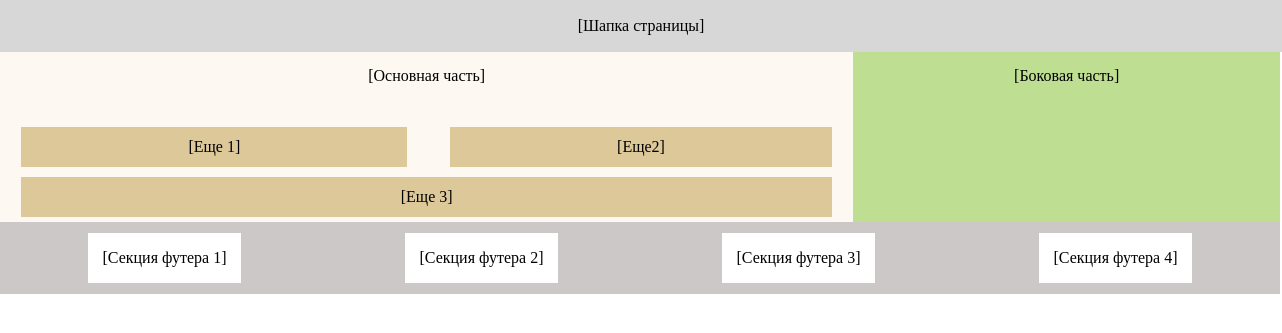
Repository: VictoriSyh/week7
Page: index.html
These files come from the project's save history. The page is drawn as it stood at one moment and after a run of saves; the edit follows.
The browser window is 1280 px wide. The page is 1282 px wide, so the pictures cover 1282 px, including what lies to the right of the window. The pictures show the whole page.

Above is the page before, as saved 2025-01-02 17:38:53.

After the next 7 saves:
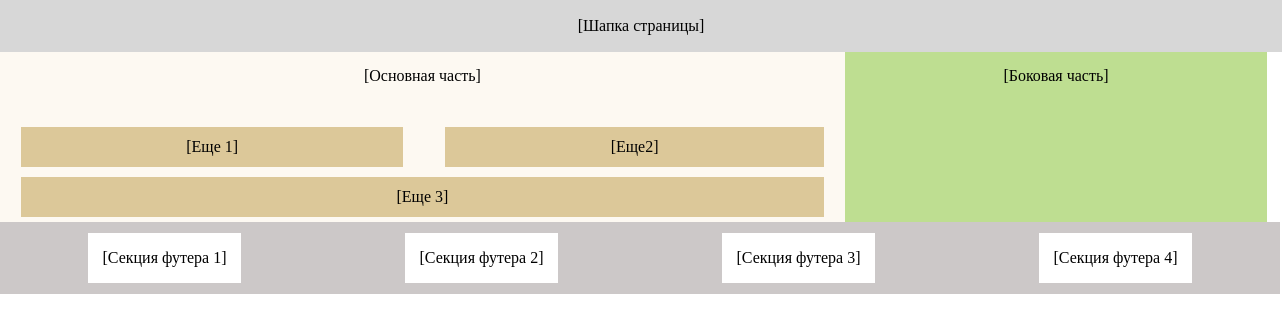
The 7 saves are shown as one change because they came seconds apart.
The last was saved 56 s later.
--- a/styles/style.css
+++ b/styles/style.css
@@ -14,7 +14,7 @@ main{
 
 .mainpart{
     display: grid;
-    grid-template-columns: repeat(auto-fit, minmax(300px, 1fr))
+    grid-template-columns: 33% 33% 33%;
 
 }
 
